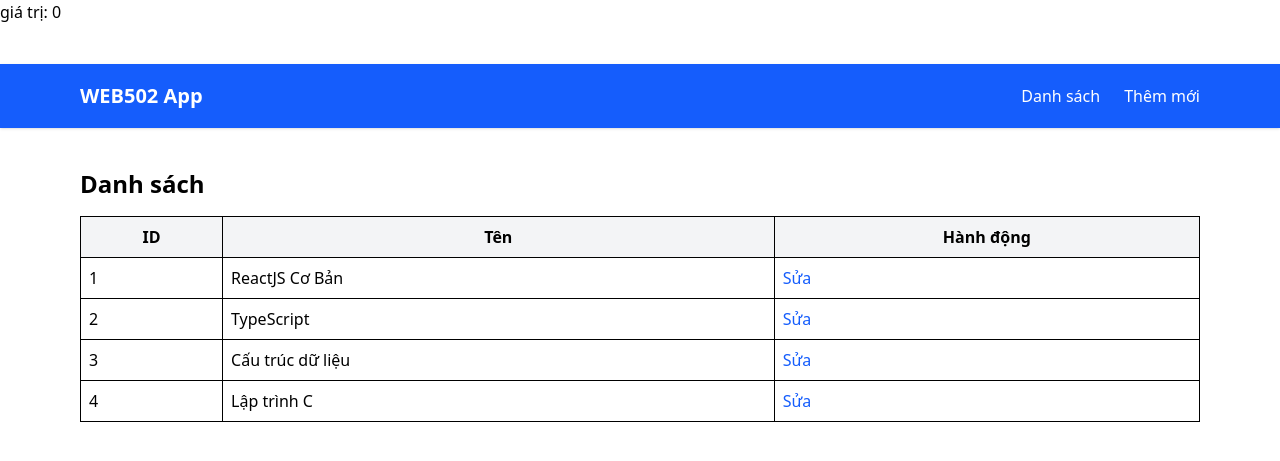
Repository: DODUCHUY195/Lap_Trinh_TypeScript
Page: /
An editor plug-in stored every save of this project. The page is shown before and after the next save, followed by the edit.
The browser window is 1280 px wide. The pictures show the whole page.
The project was rebuilt for these pictures with package versions that can differ from the ones it lists, and the page was loaded fresh each time. Requests to the local data server were answered from the project's data file. Also part of the build but not shown: vite.config.ts, src/pages/Add.tsx, src/pages/Edit.tsx.

Above is the page before, as saved 2026-01-16 19:59:42.

### src/App.tsx
import { Toaster } from "react-hot-toast";
import { Link, Routes, Route } from "react-router-dom";

import List from "./pages/List";
import Add from "./pages/Add";
import Edit from "./pages/Edit";
import Button from "./components/Button";
import { useEffect, useState } from "react";


function App() {
  const [count, setCount] = useState(0); //State
  useEffect(() => {
    document.title = `Bạn đã nhấn ${count} lần`;
  }, [count]);

  return (
    <>
      {/* NAVBAR */}
      <p>giá trị: {count}
        </p>
       <Button label="Hãy nhấn vào đây" onlick={() => setCount(count + 1)} color="black" /> {/* Props */}

      <Button label="Hãy nhấn vào đây" onlick={() => alert('Button clicked!')} color="black" />
        <Button label="Hãy nhấn vào đây" onlick={() => alert('Button clicked2!')} color="red" />
      <nav className="bg-blue-600 text-white shadow">
        <div className="max-w-6xl mx-auto px-4 h-16 flex items-center justify-between">
          <Link to="/" className="text-xl font-semibold">
            <strong>WEB502 App</strong>
          </Link>

          <div className="flex items-center space-x-6">
            <Link to="/" className="hover:text-gray-200">
              Danh sách
            </Link>
            <Link to="/add" className="hover:text-gray-200">
              Thêm mới
            </Link>
          </div>
        </div>
      </nav>

      <div className="max-w-6xl mx-auto mt-10 px-4">
        <Routes>
          <Route path="/" element={<List />} />
          <Route path="/add" element={<Add />} />
          <Route path="/edit/:id" element={<Edit />} />
        </Routes>
      </div>

      <Toaster />
    </>
  );
}

export default App;

### src/pages/List.tsx
import { useEffect, useState } from "react";
import { Link } from "react-router-dom";
import type { Subject } from "../types/Subject";

const List = () => {
  const [subjects, setSubjects] = useState<Subject[]>([]);
  const [loading, setLoading] = useState<boolean>(false);
  const [error, setError] = useState<string | null>(null);

  useEffect(() => {
    const controller = new AbortController();
    const { signal } = controller;
    const getAll = async () => {
      try {
        setLoading(true);
        setError(null);
        const response = await fetch("http://localhost:3000/subject", { signal });
        if (!response.ok) {
          throw new Error(`HTTP ${response.status} - ${response.statusText}`);
        }
        const data: Subject[] = await response.json();
        setSubjects(data);
      } catch (error) {
        const message =
          error instanceof DOMException && error.name === "AbortError"
            ? null
            : (error as Error)?.message || "Không thể tải dữ liệu";
        if (message) {
          setError(message);
          console.error("Error fetching subjects:", error);
        }
      }
      finally {
        setLoading(false);
      }
    };
    getAll();
    return () => controller.abort();
  }, []);

  return (
    <div>
      <h1 className="text-2xl font-bold mb-4">Danh sách</h1>
      {loading && <p className="mb-2 text-gray-600">Đang tải dữ liệu...</p>}
      {error && <p className="mb-4 text-red-600">Lỗi: {error}</p>}

      <table className="w-full border">
        <thead>
          <tr className="bg-gray-100">
            <th className="border p-2">ID</th>
            <th className="border p-2">Tên</th>
            <th className="border p-2">Hành động</th>
          </tr>
        </thead>
        <tbody>
          {subjects.map((item) => (
            <tr key={item.id}>
              <td className="border p-2">{item.id}</td>
              <td className="border p-2">{item.name}</td>
              <td className="border p-2">
                <Link to={`/edit/${item.id}`} className="text-blue-600 hover:underline">
                  Sửa
                </Link>
              </td>
            </tr>
          ))}
        </tbody>
      </table>
    </div>
  );
};

export default List;

### src/components/Button.tsx
type Props = {
    label: "Hãy nhấn vào đây";
    onlick: () => void;
    color: "black" | "red" | "green";
}

function Button({ label, onlick, color }: Props){
    return <button onClick={onlick} className={`bg-${color}-500 text-white px-4 py-2 rounded`}>{label}</button>;
}

export default Button;

### db.json
{
    "subject": [
{
    "id": 1,
    "name": "ReactJS Cơ Bản",
    "credit": 3,
    "category": "Chuyên ngành",
    "teacher": "Nguyễn Văn A"
  },
  {
    "id": 2,
    "name": "TypeScript",
    "credit": 2,
    "category": "Chuyên ngành",
    "teacher": "Trần Thị B"
  },
  {
    "id": 3,
    "name": "Cấu trúc dữ liệu",
    "credit": 3,
    "category": "Cơ sở",
    "teacher": "Lê Văn C"
  },
  {
    "id": 4,
    "name": "Lập trình C",
    "credit": 4,
    "category": "Đại cương",
    "teacher": "Phạm Văn D"
  }
    ]
}

Loaded but not shown: index.html (common file); src/main.tsx (common file); src/index.css (common file)

After the next save:
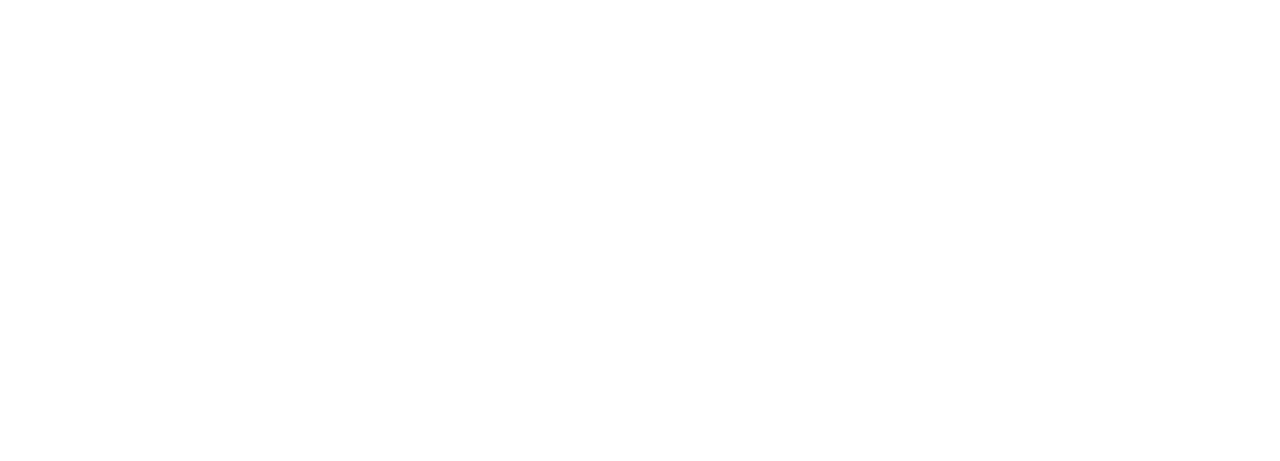
Console error: ReferenceError: loading is not defined
Saved 100 s later.
--- a/src/pages/List.tsx
+++ b/src/pages/List.tsx
@@ -4,38 +4,23 @@
 
 const List = () => {
   const [subjects, setSubjects] = useState<Subject[]>([]);
-  const [loading, setLoading] = useState<boolean>(false);
-  const [error, setError] = useState<string | null>(null);
 
   useEffect(() => {
-    const controller = new AbortController();
-    const { signal } = controller;
+
     const getAll = async () => {
       try {
-        setLoading(true);
-        setError(null);
-        const response = await fetch("http://localhost:3000/subject", { signal });
-        if (!response.ok) {
-          throw new Error(`HTTP ${response.status} - ${response.statusText}`);
-        }
+
+        const response = await fetch("http://localhost:3000/subject");
         const data: Subject[] = await response.json();
         setSubjects(data);
       } catch (error) {
-        const message =
-          error instanceof DOMException && error.name === "AbortError"
-            ? null
-            : (error as Error)?.message || "Không thể tải dữ liệu";
-        if (message) {
-          setError(message);
+
+
           console.error("Error fetching subjects:", error);
         }
-      }
-      finally {
-        setLoading(false);
-      }
+
     };
     getAll();
-    return () => controller.abort();
   }, []);
 
   return (

After the save that followed:
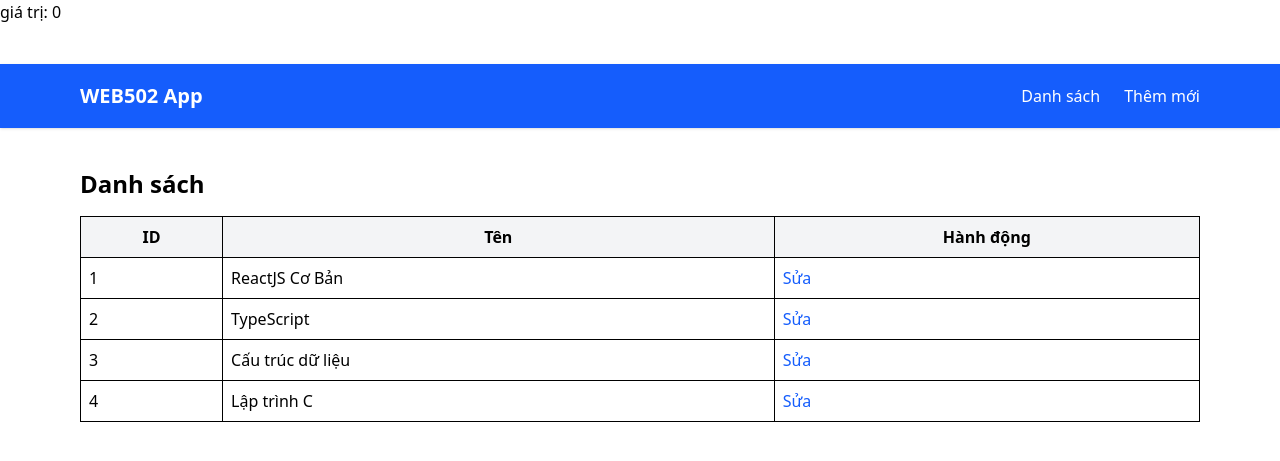
The error is gone.
Saved 4 s later.
--- a/src/pages/List.tsx
+++ b/src/pages/List.tsx
@@ -26,8 +26,7 @@
   return (
     <div>
       <h1 className="text-2xl font-bold mb-4">Danh sách</h1>
-      {loading && <p className="mb-2 text-gray-600">Đang tải dữ liệu...</p>}
-      {error && <p className="mb-4 text-red-600">Lỗi: {error}</p>}
+
 
       <table className="w-full border">
         <thead>
